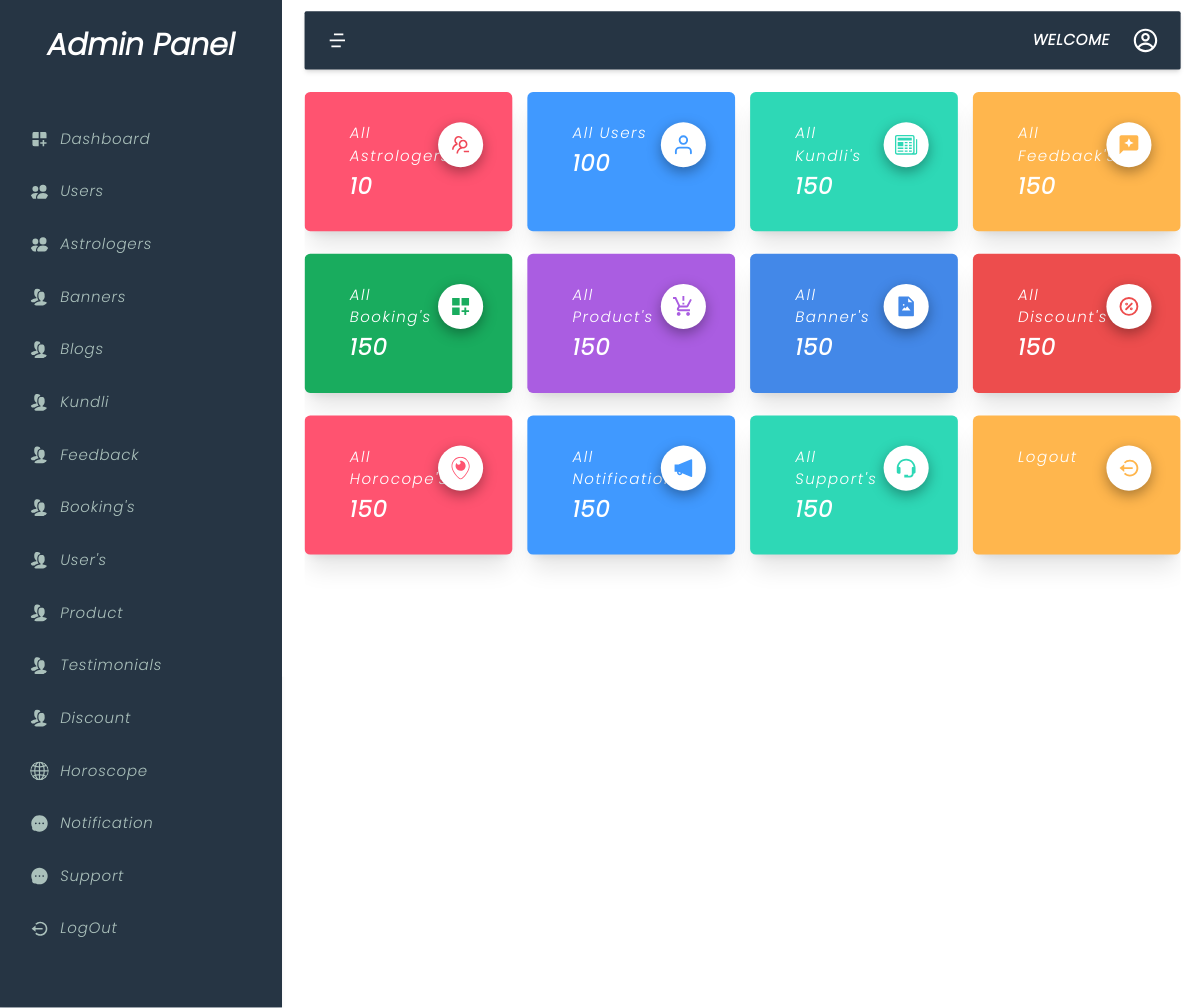
Repository: FlyweisReact/Hariom-Admin-Panel
Page: /vendorDashboard
These files come from the project's save history. The page is drawn as it stood at one moment and after a run of saves; the edit follows.
The browser window is 1280 px wide. The pictures show the whole page, at 94% of full size.
Some web libraries are served in a nearby version. The project was rebuilt for these pictures with package versions that can differ from the ones it lists, and the page was loaded fresh each time. Also part of the build but not shown: src/vendorPanel/forms/VendorLogin.jsx, src/vendorPanel/pages/Astrologers.js, src/vendorPanel/pages/Kundli.js.

Above is the page before, as saved 2023-04-15 15:22:11.

After the next 3 saves:
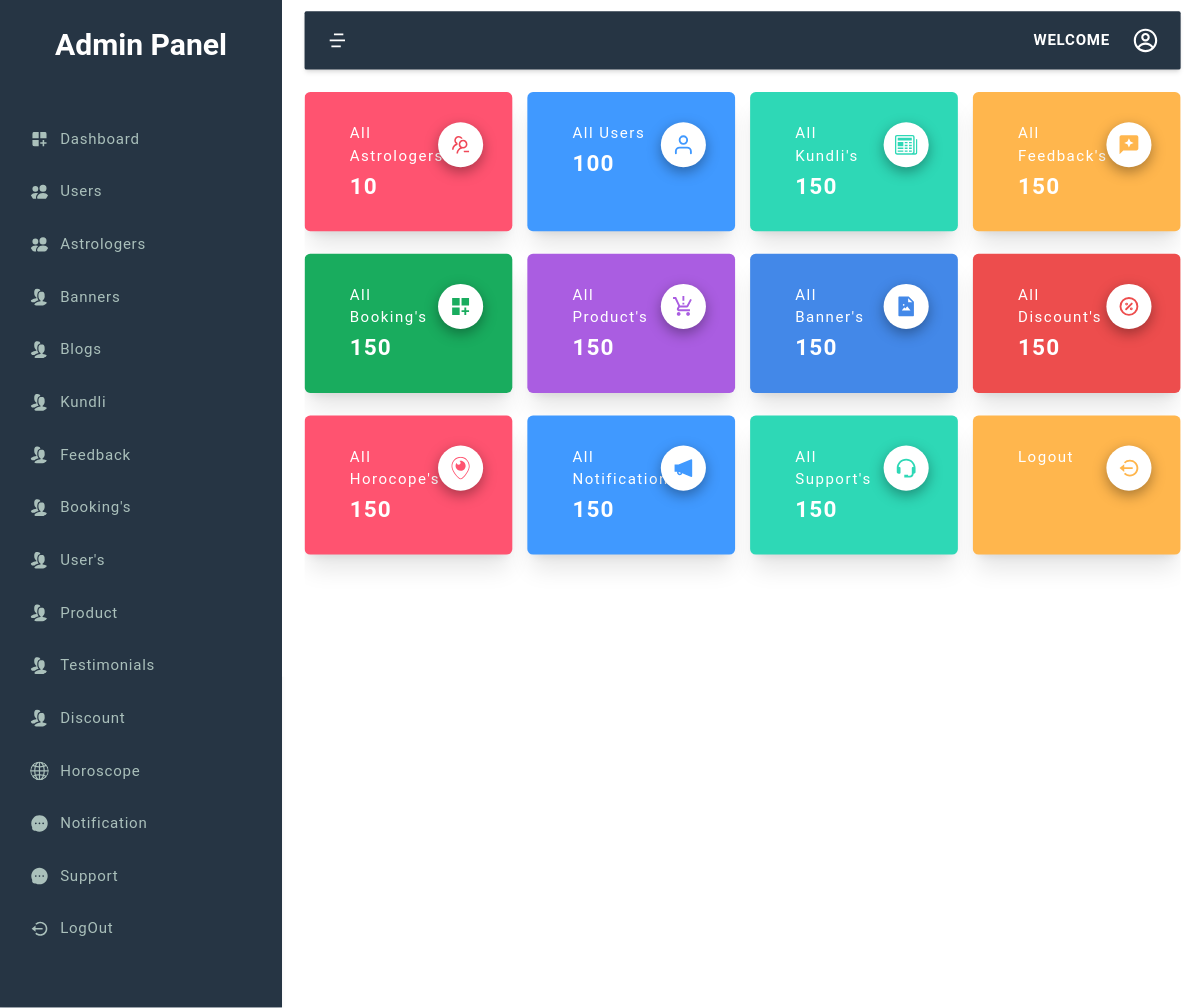
Not found: Poppins-LightItalic.ttf
The 3 saves are shown as one change because they came seconds apart.
The last was saved 13 s later.
--- a/src/index.css
+++ b/src/index.css
@@ -6,7 +6,7 @@
 @import url("https://fonts.googleapis.com/css2?family=Roboto+Mono:ital,wght@1,300&display=swap");
 @font-face {
   font-family: Roboto;
-  src: url('./Poppins-LightItalic.ttf');
+  src: url('/Poppins-LightItalic.ttf');
 }
 body {
   margin: 0;

After the 3 saves that followed:
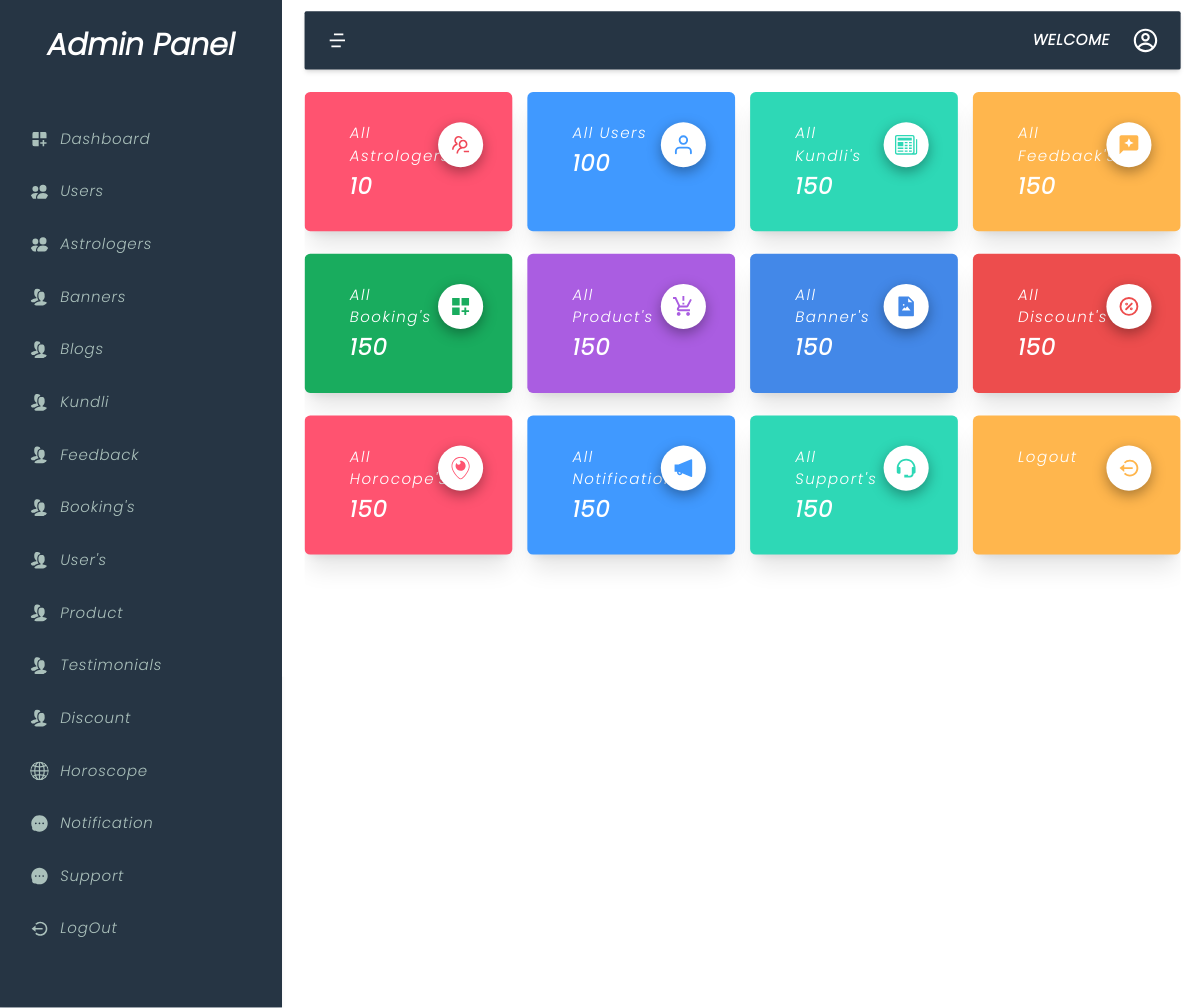
The 3 saves are shown as one change because 1 left the picture as it was and some came seconds apart.
The last was saved 11 s later.
--- a/src/index.css
+++ b/src/index.css
@@ -6,7 +6,7 @@
 @import url("https://fonts.googleapis.com/css2?family=Roboto+Mono:ital,wght@1,300&display=swap");
 @font-face {
   font-family: Roboto;
-  src: url('/Poppins-LightItalic.ttf');
+  src: url('./Fonts/Poppins-LightItalic.ttf');
 }
 body {
   margin: 0;
